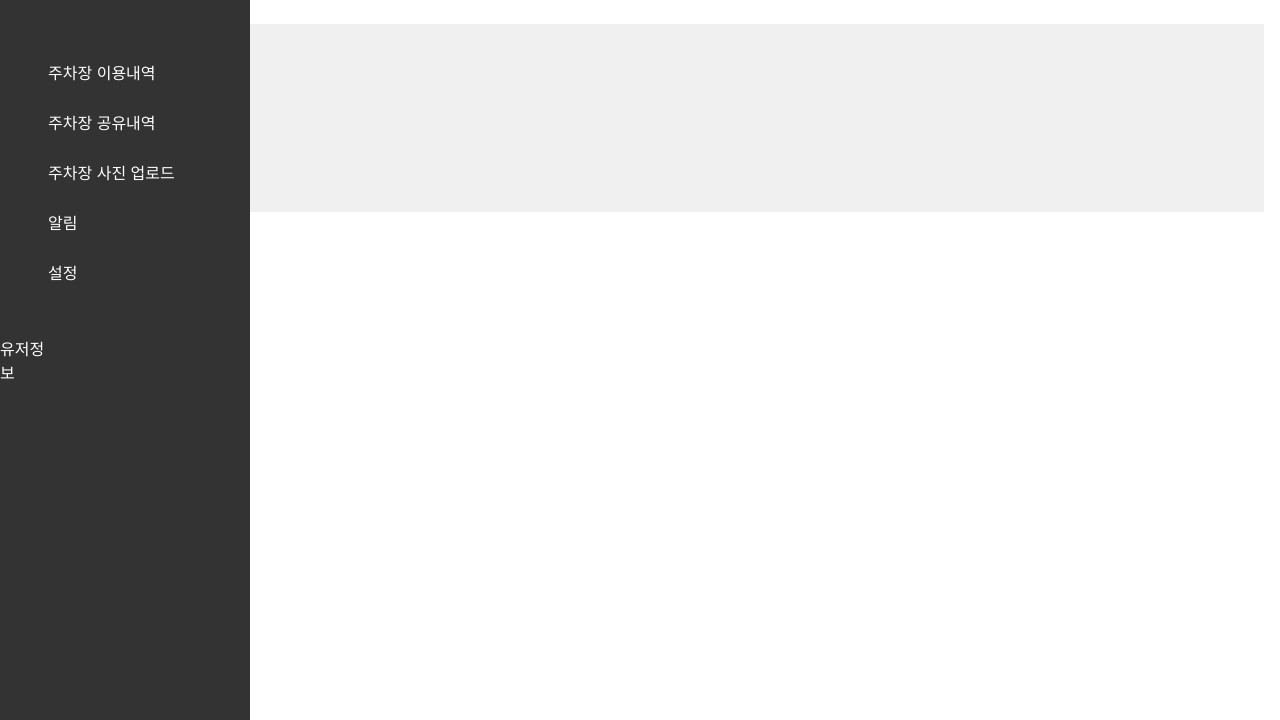
Repository: ohjjoa/reactTest
Page: /, after clicking the first element matching `img`
These files come from the project's save history. The page is drawn as it stood at one moment and after the next save; the edit follows.
The browser window is 1280 px wide. The pictures show the whole page.
The project was rebuilt for these pictures with package versions that can differ from the ones it lists, and the page was loaded fresh each time.

Above is the page before, as saved 2024-08-02 04:40:30.

After the next save:
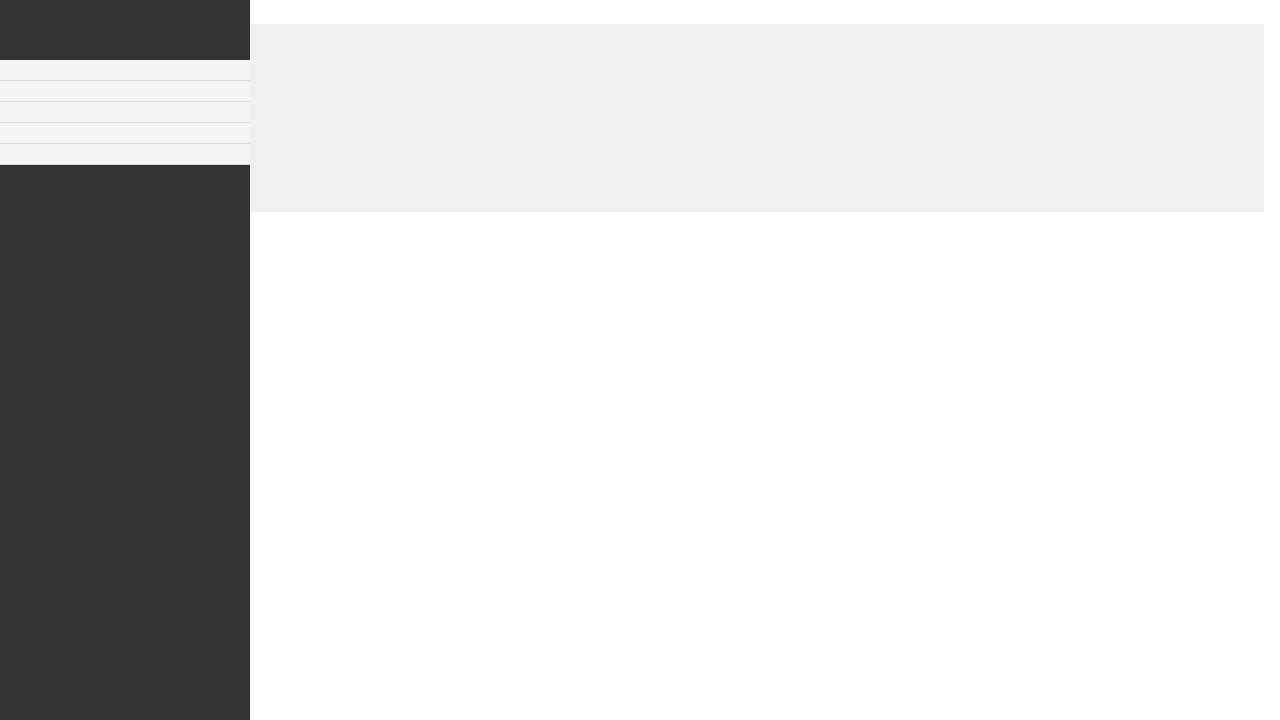
Saved 6 min 31 s later.
--- a/src/pages/Home/index.tsx
+++ b/src/pages/Home/index.tsx
@@ -56,8 +56,14 @@ const Home = () => {
 
   // 사이드바 아이템 렌더링
   const Row = ({ index, style }: { index: number; style: React.CSSProperties }) => (
-    <div style={style}>
-      {items[index]}
+    <div
+    style={{
+      backgroundColor: '#f5f5f5', // 아이템의 배경 색상
+      padding: '10px', // 아이템의 패딩
+      borderBottom: '1px solid #ddd', // 아이템 하단의 경계선 (선택 사항)
+      boxSizing: 'border-box', // 패딩과 경계선이 요소의 전체 크기에 포함되도록
+    }}
+  >
     </div>
   );
 
@@ -79,9 +85,6 @@ const Home = () => {
 
       {sideBarOpen && (
         <SidebarOpen ref={sidebarRef}>
-          <div>
-            유저정보
-          </div>
           <List
             height={600} // 사이드바의 높이
             itemCount={items.length} // 아이템 수
